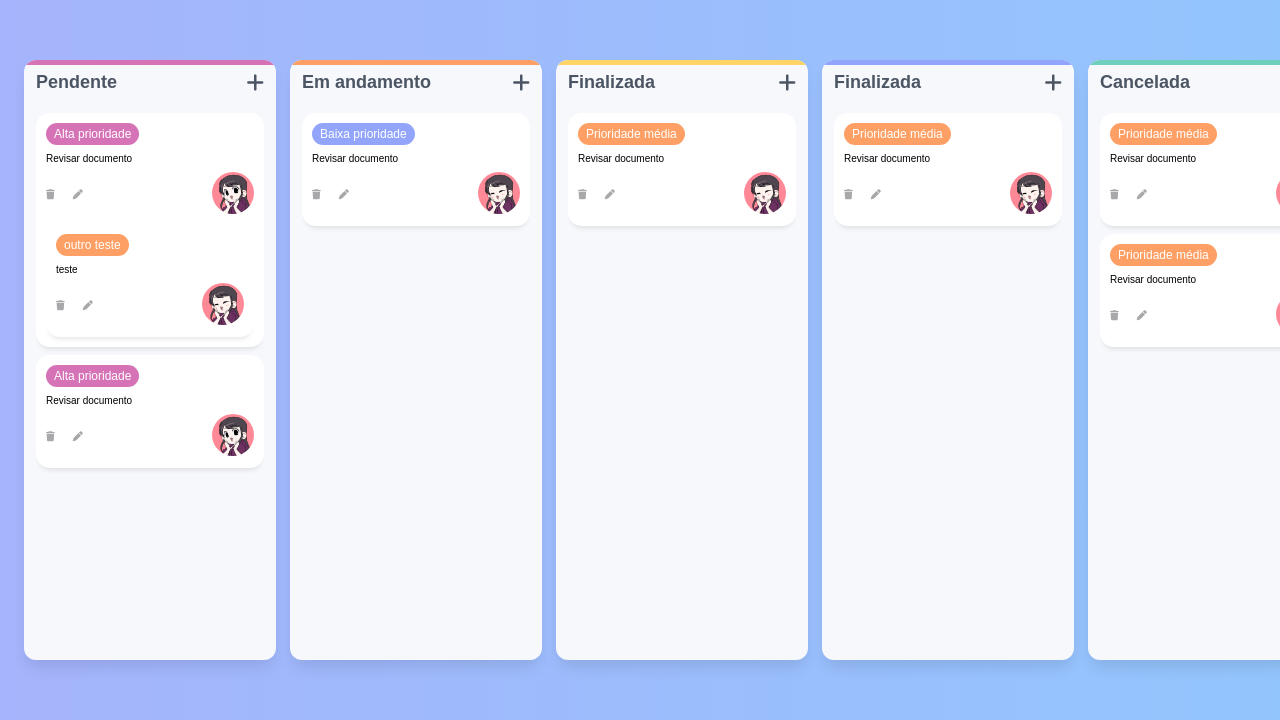
Repository: Marinalr-25/ProjetoToDoList
Page: index.html
The author's editor kept a copy of each file at every save. The page is drawn from the files as they stood at one save, then again after the next save.
The browser window is 1280 px wide. The pictures show the whole page.
Empty fields were first filled with sample values (such as "Sample", 5 or name@example.com).
After loading, the first visible `button.botao` was clicked once.
Some web fonts or font styles are not loaded; a fallback is used. Some web libraries are served in a nearby version.

Above is the page before, as saved 2024-10-31 20:04:05.

After the next save:
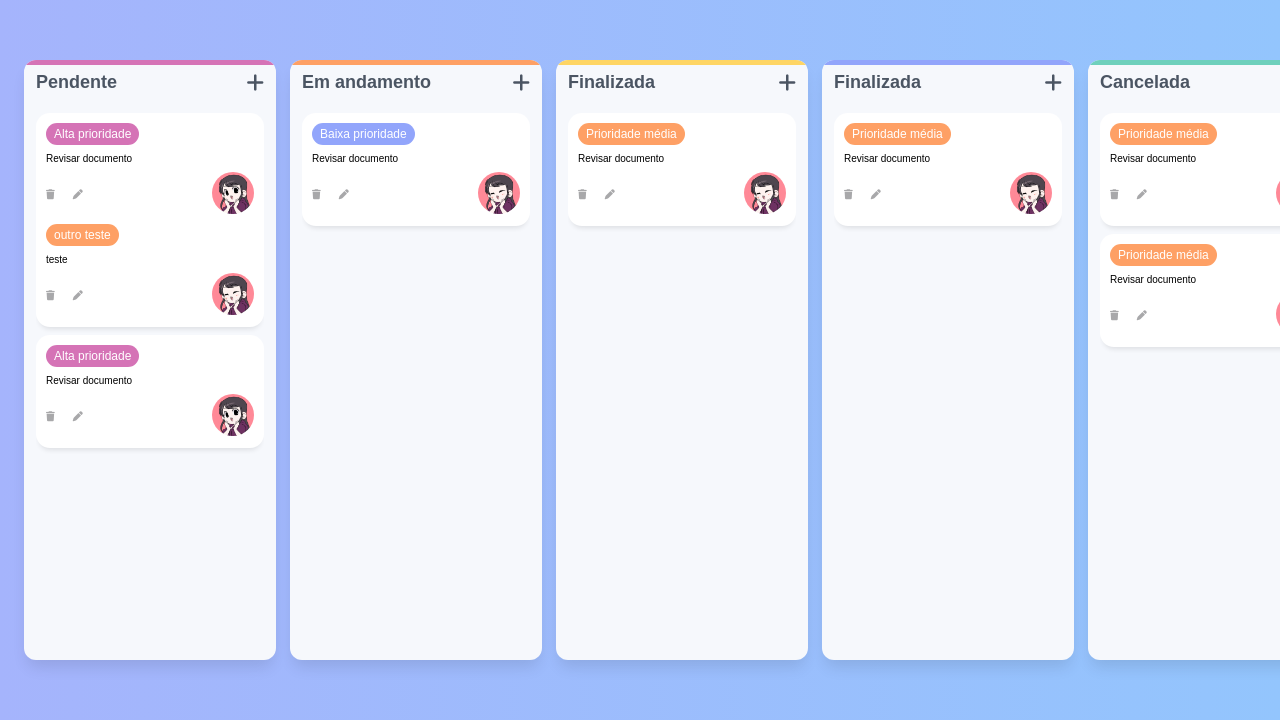
Saved 29 s later.
--- a/javascript/script.js
+++ b/javascript/script.js
@@ -56,7 +56,7 @@
 
   ok.addEventListener('click', function () {
     const novoCard = document.createElement('div');
-    novoCard.className = 'kanban-card';
+    novoCard.className = 'kanban-cards';
     novoCard.draggable = true;
 
     novoCard.innerHTML = `

After the save that followed:
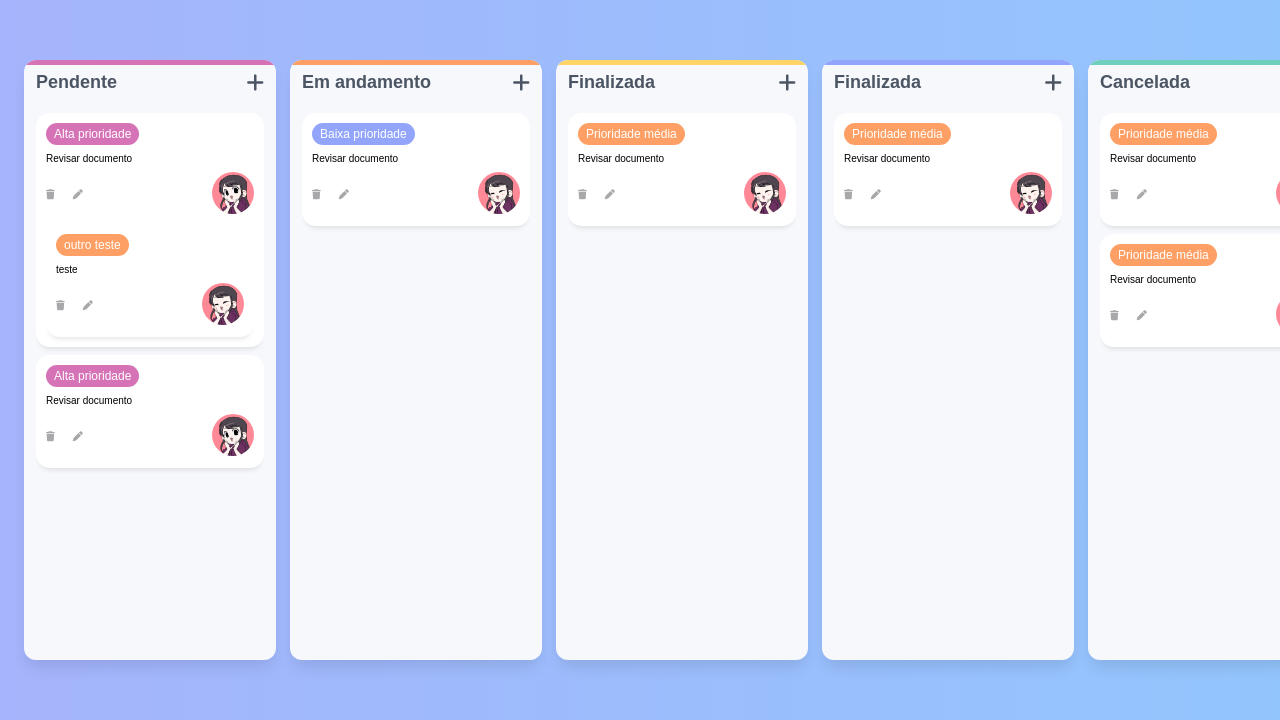
Saved 27 s later.
--- a/javascript/script.js
+++ b/javascript/script.js
@@ -56,7 +56,7 @@
 
   ok.addEventListener('click', function () {
     const novoCard = document.createElement('div');
-    novoCard.className = 'kanban-cards';
+    novoCard.className = 'kanban-card';
     novoCard.draggable = true;
 
     novoCard.innerHTML = `
